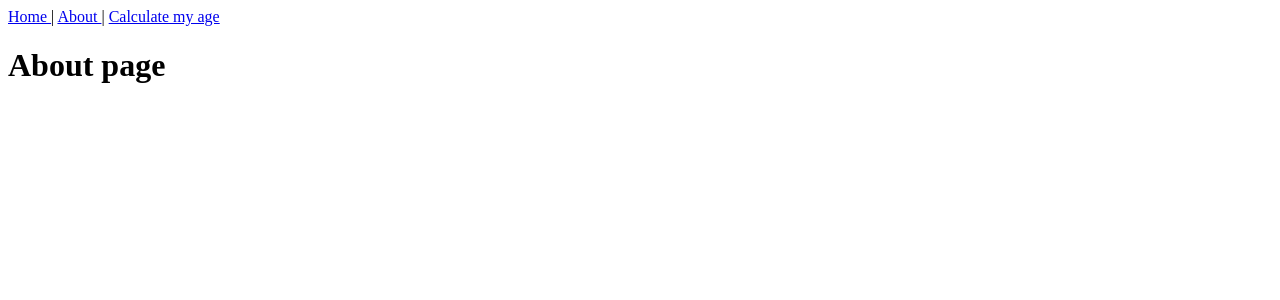
Repository: fahjan/routs-project
Page: http://localhost/date_of_birth
These files come from the project's save history. The page is drawn as it stood at one moment and after the next save; the edit follows.
The browser window is 1280 px wide. The pictures show the whole page.
Some web fonts or font styles are not loaded; a fallback is used. The page is served by the project's Laravel application, run on PHP 8.4 with Laravel 12.

Above is the page before, as saved 2025-12-24 08:54:34.

After the next save:
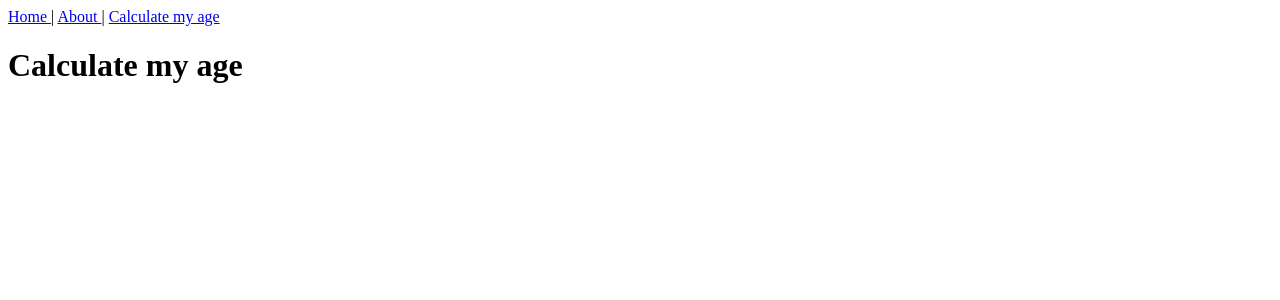
Saved 27 s later.
--- a/resources/views/date_of_birth_form.blade.php
+++ b/resources/views/date_of_birth_form.blade.php
@@ -39,7 +39,7 @@
             <div
                 class="text-[13px] leading-[20px] flex-1 p-6 pb-12 lg:p-20 bg-white dark:bg-[#161615] dark:text-[#EDEDEC] shadow-[inset_0px_0px_0px_1px_rgba(26,26,0,0.16)] dark:shadow-[inset_0px_0px_0px_1px_#fffaed2d] rounded-bl-lg rounded-br-lg lg:rounded-tl-lg lg:rounded-br-none">
 
-                <h1>About page</h1>
+                <h1>Calculate my age</h1>
         </main>
     </div>
 
